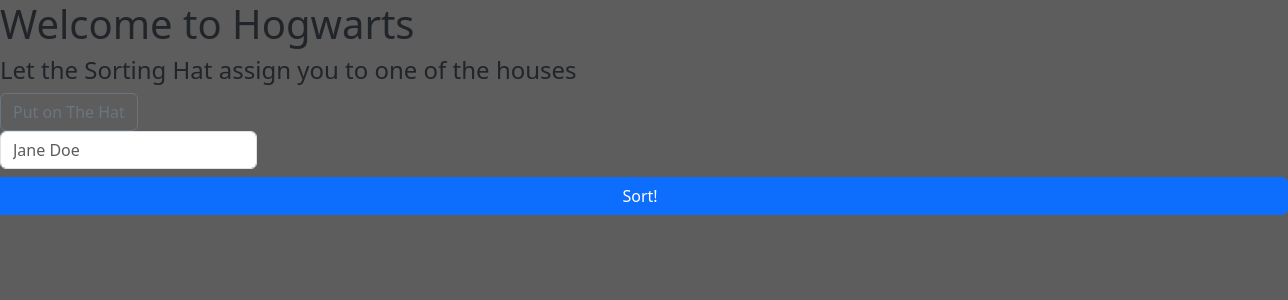
Repository: fernandabenavides618nash/INDIVIDUAL-PROJECT-sorting-hat
Page: index.html
An editor plug-in stored every save of this project. The page is shown before and after the next save, followed by the edit.
The browser window is 1280 px wide. The page is 1288 px wide, then 1280 px, so the pictures cover 1288 px, including what lies to the right of the window. The pictures show the whole page.

Above is the page before, as saved 2023-05-03 14:54:06.

### index.html
<!DOCTYPE html>
<html lang="en">
<head>
  <meta charset="UTF-8">
  <meta http-equiv="X-UA-Compatible" content="IE=edge">
  <meta name="viewport" content="width=device-width, initial-scale=1.0">
  <title>sorting hat</title>
  <link href="https://cdn.jsdelivr.net/npm/bootstrap@5.3.0-alpha3/dist/css/bootstrap.min.css" rel="stylesheet"            integrity="sha384-KK94CHFLLe+nY2dmCWGMq91rCGa5gtU4mk92HdvYe+M/SXH301p5ILy+dN9+nJOZ" crossorigin="anonymous">
  <link rel="stylesheet" href="main.css">
</head>
<body>
  <div class="intro" id="intro-screen"></div>
  <div class="form" id="form-div"></div>
  <div class="students" id="students-div"></div>
  <div class="expelled" id="expelled-div"></div>
  <div class="app" id="app"></div>
  <script src="https://cdn.jsdelivr.net/npm/bootstrap@5.3.0-alpha3/dist/js/bootstrap.bundle.min.js" integrity="sha384-ENjdO4Dr2bkBIFxQpeoTz1HIcje39Wm4jDKdf19U8gI4ddQ3GYNS7NTKfAdVQSZe" crossorigin="anonymous"></script>
  <script src="main.js"></script>
</body>
</html>

### main.css
body{
  background-color:#5d5d5d;
}

.option-buttons-container {
  display: flex;
  flex-wrap: wrap;
  justify-content: center;
  padding: 30px 0;
}

.option-buttons-container label {
  min-width: 120px;
  text-align: center;
  padding: 7px 0;
}

.option-buttons-container select {
  max-width: 461px;
  margin: 0 10px;
}

.column-toggler {
  display: none;
}
.card-containers {
  display: flex;
  flex-wrap: wrap;
}

.card-column {
  width: 50%;
}

.container-heading {
  text-align: center;
}

.card-container {
  display: flex;
  flex-wrap: wrap;
  justify-content: center;
}

.student-card {
  text-align: center;
}
.gryffindor-card {
  background-color: #740001;
  border: 10px solid #ae0001;
  color: #c0c0c0;
}
.gryffindor-card-button {
  background-color: #d3a625;
}

.hufflepuff-card {
  background-color: #ffdb00;
  border: 10px solid #fff4b1;
  color: #000000;
}
.hufflepuff-card-button {
  background-color: #60605c;
  color: #d6d6d6;
}
.ravenclaw-card {
  background-color: #0e1a40;
  border: 10px solid #222f5b;
  color: #c0c0c0;
}
.ravenclaw-card-button {
  background-color: #946b2d;
}

.slytherin-card {
  background-color: #1a472a;
  border: 10px solid #2a623d;
  color: #aaaaaa;
}
.slytherin-card-button {
  background-color: #5d5d5d;
  color: #d6d6d6;
}

.voldey-card {
  background-color: #1a1411;
  border: 10px solid #39689c;
  color: #e7dddd;
}
.voldey-card-button {
  background-color: #740001;
}

@media only screen and (max-width: 600px) {
  .card-column {
    width: 100%;
  }

  .first-years-column-hidden {
    display: none;
  }

  .voldeys-column-hidden {
    display: none;
  }

  .column-toggler {
    display: flex;
    justify-content: center;
    position: sticky;
    top: 0px;
    z-index: 10;
  }
}

### main.js
console.log("here");

// Data

const students = [];
const army = [];

const houses = [
  {
    number: 1,
    name: 'Gryffindor',
    color: 'red',
  },
  {
    number : 2,
    name: 'Hufflepuff',
    color: 'yellow',
  },
  {
    number: 3,
    name: 'Ravenclaw',
    color: 'blue',
  },
  {
    number: 4,
    name: 'Slytherin',
    color: 'green',
  },
];

const voldemort = [
  {
    name: "'Voldemort's Army",
    color:'black',
  }
]

const renderToDom =(divId, htmlToRender) => {
  const selectedDivId = document.querySelector(divId); // a variable that stores the desired div (first parameter)
  selectedDivId.innerHTML = htmlToRender; // applies the .innerHTML property to the variable that stores the desired div and results in the htmlToRender (second parameter)
}

const start = () => {
  const initialScreen = `<div><h1>Welcome to Hogwarts</h1></div><div><h4>Let the Sorting Hat assign you to one of the houses</h4></div><button type="button" class="btn btn-outline-secondary" id='startButton'>Put on The Hat</button>`
  renderToDom ("#intro-screen", initialScreen)
};
start ()

const showFormButton = document.querySelector("#startButton");

showFormButton.addEventListener('click', () => {
  const theForm = sort()
  renderToDom(theForm);
});

const sort = (e) => {
  let domString = `<form class="row gy-2 gx-3 align-items-center">
    <div class="col-auto">
      <label class="visually-hidden" for="autoSizingInput">Name</label>
      <input type="text" class="form-control" id="autoSizingInput" placeholder="Jane Doe">
    </div>
      <button type="submit" class="btn btn-primary">Sort!</button>
    </div>
  </form>`
  renderToDom("#form-div", domString);
}

sort('start')

const form = document.querySelector('form');

const createNewStudent = (e) => {
  e.preventDefault();
  const newStudentCard = {
    name: document.querySelector('#autoSizingInput').value,
    house: Math.floor(Math.random() * 4),
    expel: document.querySelector('#expelId'),
  }
  students.push(newStudentCard);
  cardsOnDom(students);
  form.reset();
}

form.addEventListener('sort', createNewStudent);

const roster = (array) => {
  let domString = `<div class="card w-75">
  <div class="card-body">
    <h5 class="card-title">${students.name}</h5>
    <p class="card-text">${students.house}</p>
    <a href="#" class="btn btn-primary" id="expelId">Expel</a>
  </div>
</div>`
}

After the next save:
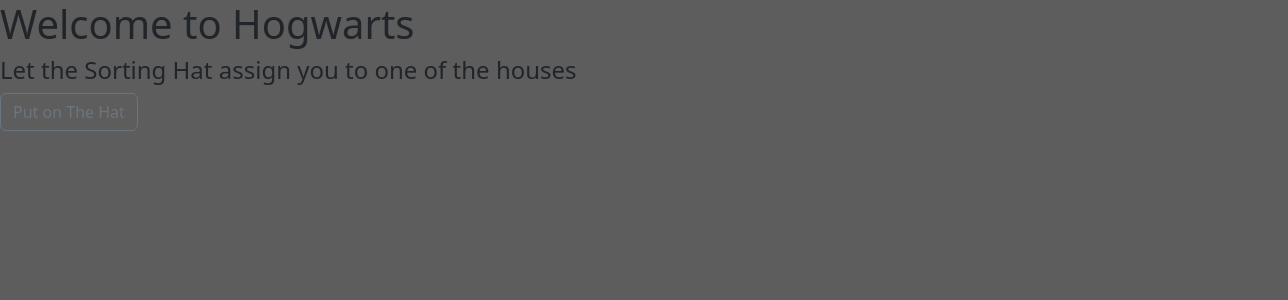
Console error: TypeError: Cannot read properties of null (reading 'addEventListener')
Saved 71 min 43 s later.
--- a/main.js
+++ b/main.js
@@ -46,14 +46,9 @@
 };
 start ()
 
-const showFormButton = document.querySelector("#startButton");
+const showFormButton = document.querySelector('#startButton');
 
-showFormButton.addEventListener('click', () => {
-  const theForm = sort()
-  renderToDom(theForm);
-});
-
-const sort = (e) => {
+const sort = () => {
   let domString = `<form class="row gy-2 gx-3 align-items-center">
     <div class="col-auto">
       <label class="visually-hidden" for="autoSizingInput">Name</label>
@@ -62,10 +57,12 @@
       <button type="submit" class="btn btn-primary">Sort!</button>
     </div>
   </form>`
-  renderToDom("#form-div", domString);
+  showFormButton.addEventListener('click', () => {
+    renderToDom('#form-div', domString);
+  });
 }
 
-sort('start')
+sort()
 
 const form = document.querySelector('form');
 
